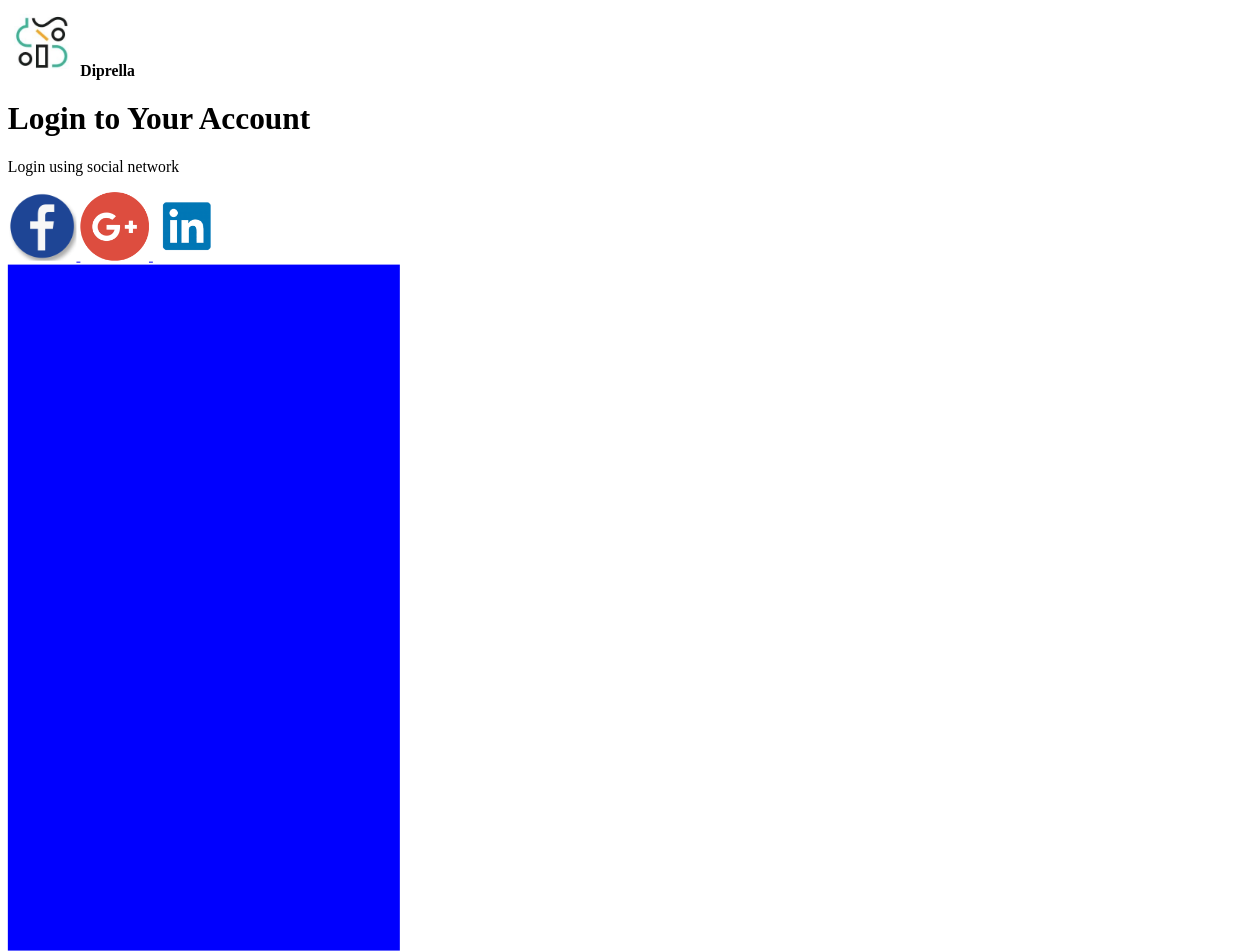
Repository: Tobby004/bdc-assignment-3
Page: task.html
The author's editor kept a copy of each file at every save. The page is drawn from the files as they stood at one save, then again after the next save.
The browser window is 1280 px wide. The pictures show the whole page, at 98% of full size.

Above is the page before, as saved 2023-02-21 08:51:26.

After the next save:
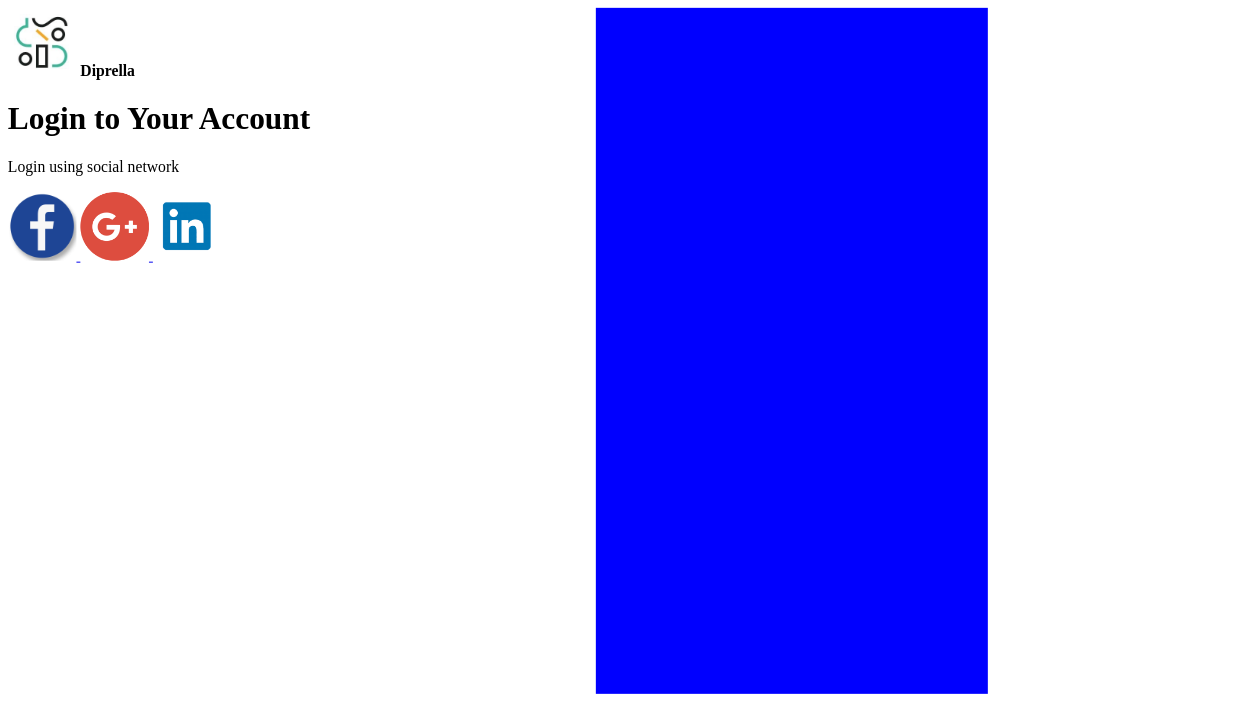
Saved 2 min 39 s later.
--- a/task.html
+++ b/task.html
@@ -15,11 +15,11 @@
       <h1>Login to Your Account</h1>
       <p>Login using social network</p>
         <div class="logo">
-            <a href="#"><img src="facebook.png"</href>
-            <a href="#"><img src="googe plus.png"</href>
-            <a href="#"><img src="linkedin.png"</href>
+            <a href="#"><img src="facebook.png" height="40px"</a>
+            <a href="#"><img src="googe plus.png" height="40px"</a>
+            <a href="#"><img src="linkedin.png" height="40px"</a>
         </div>
-
+        </div>
         <div class="box2">
 
         </div>
